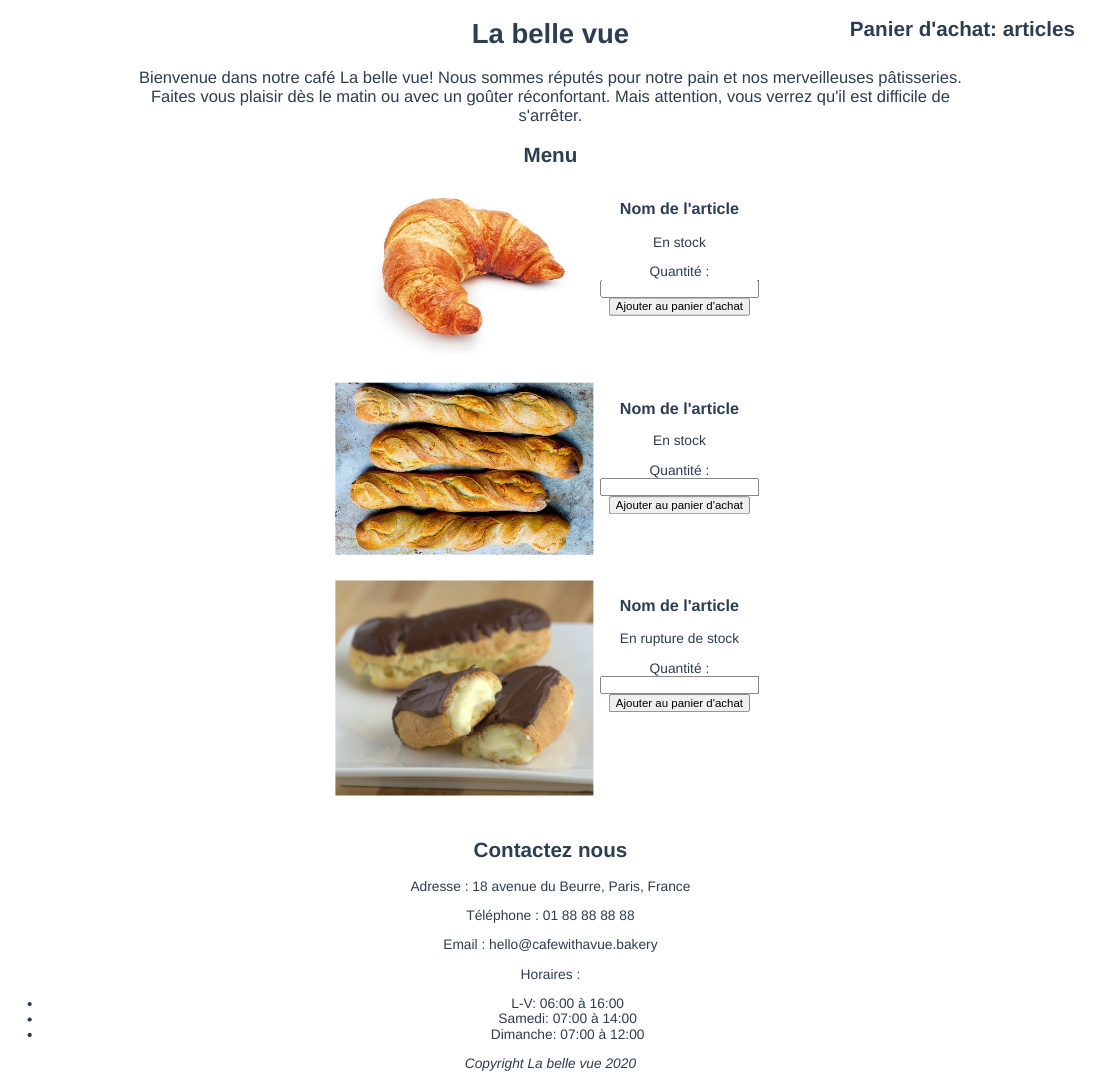
Repository: arione15/OC-tuto_cafe-avec-vue_Vue.js
Page: Partie 1 Créez votre première app Vue.js/Vue-fr-P1C4-Begin/cafe-with-a-vue/index.html
An editor plug-in stored every save of this project. The page is shown before and after a run of saves, followed by the edit.
The browser window is 1280 px wide. The pictures show the whole page, at 86% of full size.

Above is the page before, as saved 2021-09-06 16:33:06.

After the next 3 saves:
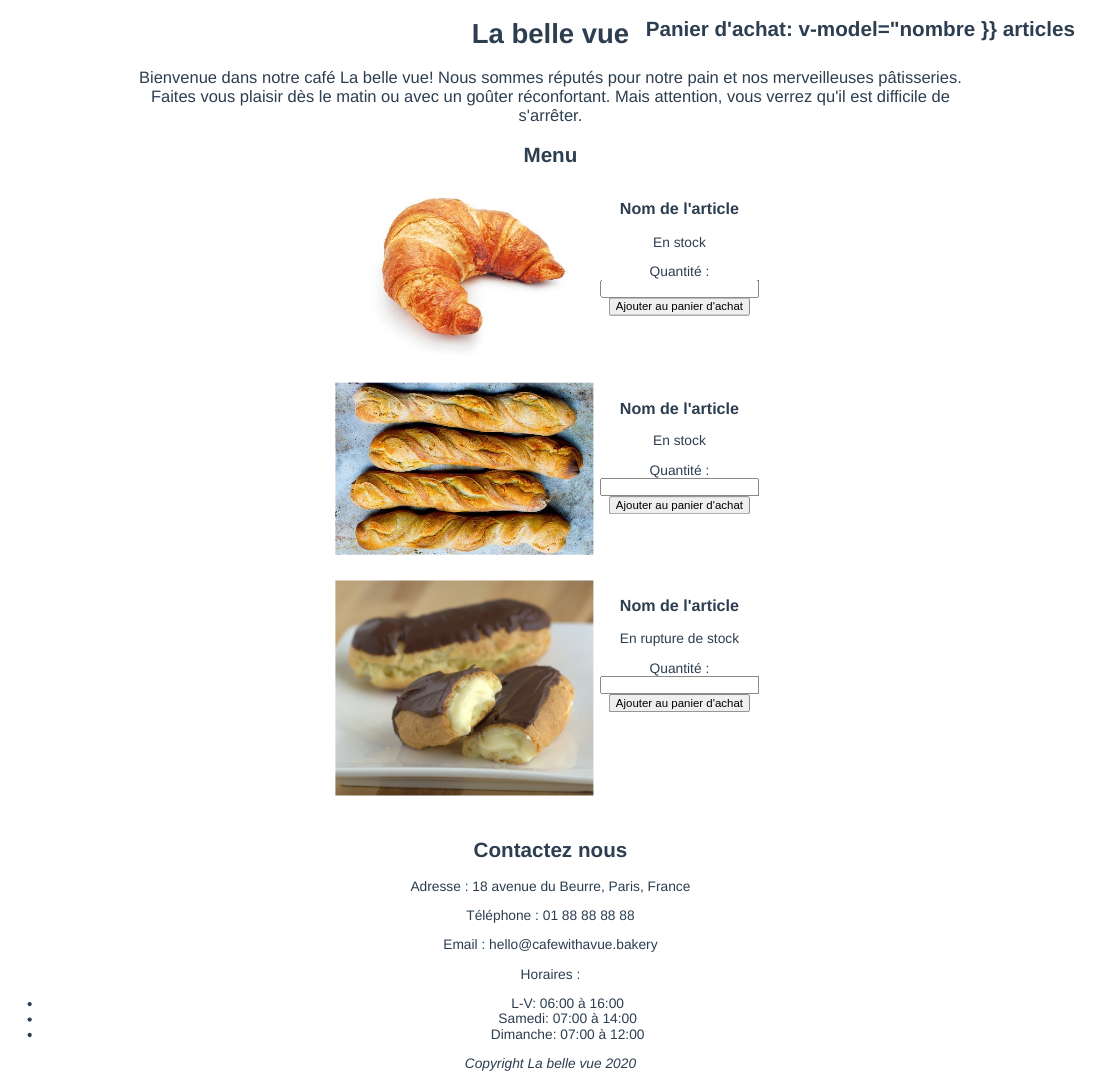
The 3 saves are shown as one change because they came seconds apart.
The last was saved 55 s later.
--- a/Partie 1 Créez votre première app Vue.js/Vue-fr-P1C4-Begin/cafe-with-a-vue/index.html
+++ b/Partie 1 Créez votre première app Vue.js/Vue-fr-P1C4-Begin/cafe-with-a-vue/index.html
@@ -41,7 +41,7 @@
 		</section>
 
 		<aside class="shopping-cart">
-			<h2>Panier d'achat: {{ nombre }} articles</h2>
+			<h2>Panier d'achat: v-model="nombre }} articles</h2>
 		</aside>
 
 		<h2>Contactez nous</h2>
